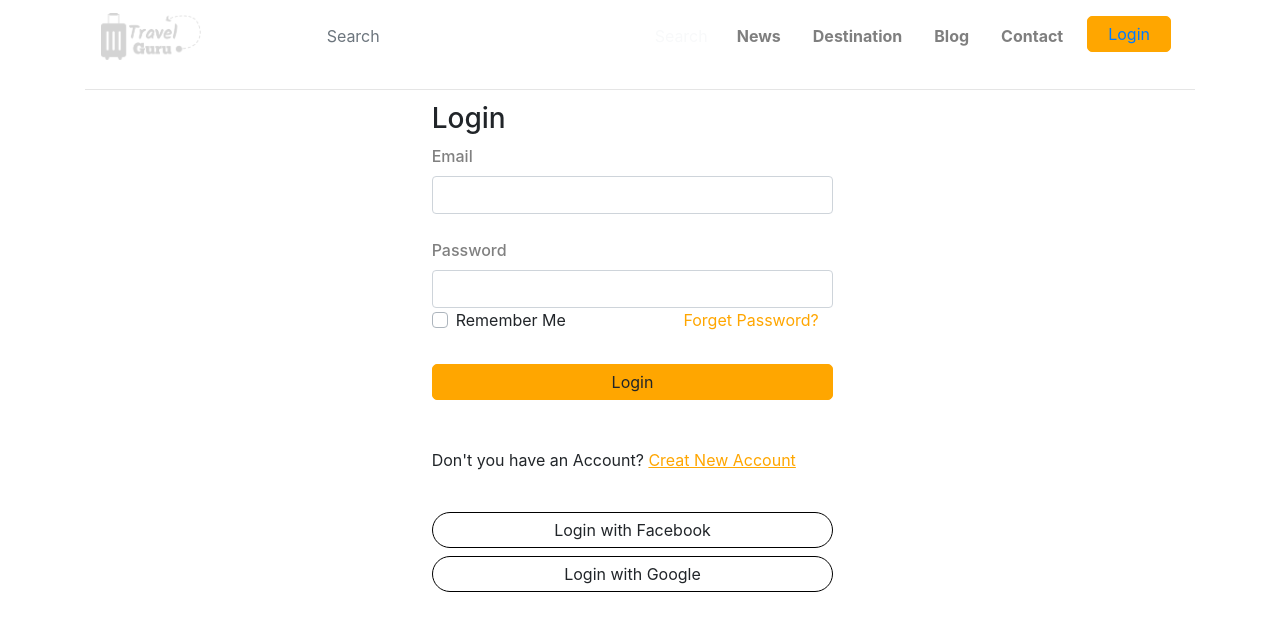
Repository: YunProgrammer/travel-website-project-tho
Page: /login (app in client/)
These files come from the project's save history. The page is drawn as it stood at one moment and after the next save; the edit follows.
The browser window is 1280 px wide. The pictures show the whole page.
The project was rebuilt for these pictures with package versions that can differ from the ones it lists, and the page was loaded fresh each time. A package was used in the major version that the imports need, not the one package.json lists. Also part of the build but not shown: client/src/App.css, client/src/Components/HomePage/data.js, client/src/Components/HomePage/HomePage.js, client/src/Components/BookingPage/BookingPage.js, client/src/Components/PrivateRoute/PrivateRoute.js, client/src/Components/SearchPage/searchData.js, client/src/Components/SearchPage/SearchShower.js, client/src/Components/SearchPage/SearchPage.js and 2 more.

Above is the page before, as saved 2020-09-19 21:50:50.

### client/src/index.js
// import React from 'react';
// import ReactDOM from 'react-dom';
// import './index.css';
// import App from './App';
// import * as serviceWorker from './serviceWorker';
// import './index.css';
// import { BrowserRouter } from 'react-router-dom';
// ReactDOM.render(
//   <React.StrictMode>
//     <BrowserRouter>
//     <App />
//     </BrowserRouter>
//   </React.StrictMode>,
//   document.getElementById('root')
// );

// If you want your app to work offline and load faster, you can change
// unregister() to register() below. Note this comes with some pitfalls.
// Learn more about service workers: https://bit.ly/CRA-PWA
// serviceWorker.unregister();
import React from 'react';
import ReactDOM from 'react-dom/client';
import './index.css';
import App from './App';
import { BrowserRouter } from 'react-router-dom';
import { AuthProvider } from './Components/authProvider';
const root = ReactDOM.createRoot(document.getElementById('root'));
root.render(
  <React.StrictMode>
    <BrowserRouter>
    <AuthProvider>
        <App />
    </AuthProvider>
    </BrowserRouter>

  </React.StrictMode>
);

### client/src/index.css
@import url('https://fonts.googleapis.com/css2?family=Open+Sans:wght@400;500;600;700&display=swap');


body {
  margin: 0;
  font-family: -apple-system, BlinkMacSystemFont, 'Segoe UI', 'Roboto', 'Oxygen',
    'Ubuntu', 'Cantarell', 'Fira Sans', 'Droid Sans', 'Helvetica Neue',
    sans-serif;
  -webkit-font-smoothing: antialiased;
  -moz-osx-font-smoothing: grayscale;
}

code {
  font-family: source-code-pro, Menlo, Monaco, Consolas, 'Courier New',
    monospace;
}
@tailwind base;
@tailwind components;
@tailwind utilities;

### client/src/App.js
import React from 'react';
import { createContext, useState } from 'react';
import './App.css';
import {
  BrowserRouter as Router,
  Switch,
  Route
} from "react-router-dom";
import HomePage from './Components/HomePage/HomePage';
import BookingPage from './Components/BookingPage/BookingPage';
import NavBar from './Components/NavBar/NavBar';
import LogInPage from './Components/LogInPage/LogInPage';
import PrivateRoute from './Components/PrivateRoute/PrivateRoute';
import SearchPage from './Components/SearchPage/SearchPage';
import NotFoundPage from './Components/NotFoundPage/NotFoundPage';

export const userStatusContext = createContext();

function App() {
  const[userStatus, setUserStatus] = useState({
    isNewUser: false,
    pageName: "",
  });

  return (
    <userStatusContext.Provider value={[userStatus, setUserStatus]}>
    <Router>
      <NavBar />
      <Switch>
        <Route exact path="/" component={HomePage} />
        <Route exact path="/booking/:category" component={BookingPage} />
        <Route exact path="/login" component={LogInPage} />
        <PrivateRoute exact path="/searches">
          <SearchPage />
        </PrivateRoute>
        <Route exact path="*" component={NotFoundPage}/>
      </Switch>
    </Router>
    </userStatusContext.Provider>
  );
}

export default App;

### client/src/Components/authProvider/index.js
import { createContext, useState } from "react";

const AuthContext = createContext({});

export const AuthProvider = ({ children }) => {
    const [auth, setAuth] = useState({});

    return (
        <AuthContext.Provider value={{ auth, setAuth }}>
            {children}
        </AuthContext.Provider>
    )
}

export default AuthContext;

### client/src/Components/NavBar/NavBar.js
import React, { useContext } from 'react';
import logo from '../../images/Logo.png';
import { Link } from "react-router-dom";
import * as firebase from "firebase/app";
import { Form, FormControl, Nav, Navbar, Container, Button} from 'react-bootstrap';
import { userStatusContext } from '../../App';


const NavBar = () => {
    const[userStatus, setUserStatus] = useContext(userStatusContext);

    //signOut operation starts from here
    const signOut = () => {
        firebase
        .auth()
        .signOut()
        .then(function() {
            // Sign-out successful.
        })
        .catch(function(error) {
        // An error happened.
        });

        //deleting authorized property
        const updateUserStatus = {...userStatus};
        delete updateUserStatus.authorized;
        setUserStatus(updateUserStatus);
    }
    //signOut operation ends from here.....

    let classNameDecision;
    const classNameDecisionFunction = () =>{

        if (userStatus.pageName === "HomePage" || userStatus.pageName === "BookingPage") {
            classNameDecision = "blackVersion";
        }
        else{
            classNameDecision = "whiteVersion";
        }

        return classNameDecision;
    }

    window.onload = classNameDecisionFunction;

    const NavLinksClassVersion = "ml-sm-2 ml-3 mr-sm-2 mr-3 font-weight-bold navLinks";
    console.log("NabVersion: ", classNameDecision);
    return (
        <div>
            <Container className="fixed-top">
            <Navbar className={classNameDecision}>
            <Navbar.Brand><Link to="/"><img src={logo} alt="" className="logo"/></Link></Navbar.Brand>
            <Navbar.Toggle aria-controls="basic-navbar-nav" />
            <Navbar.Collapse id="basic-navbar-nav">
                <Form inline className="ml-sm-2 ml-md-auto">
                <FormControl type="text" placeholder="Search" className="mr-sm-2 border border-white rounded-pill mySearchStyle"/>
                <Button variant="outline-light" className="border border-white rounded-pill">Search</Button>
                </Form>
                <Nav>
                <Nav.Link href="#" className={NavLinksClassVersion}>News</Nav.Link>
                <Nav.Link href="#" className={NavLinksClassVersion}>Destination</Nav.Link>
                <Nav.Link href="#" className={NavLinksClassVersion}>Blog</Nav.Link>
                <Nav.Link href="#" className={NavLinksClassVersion}>Contact</Nav.Link>
                {
                    userStatus.authorized
                    ?   <button className="ml-sm-2 ml-3 mr-sm-2 mr-3 myBtn" onClick={signOut}>Logout</button>
                    :   <Link to="/login"><button className="ml-sm-2 ml-3 mr-sm-2 mr-3 myBtn">Login</button></Link>
                }
                </Nav>
            </Navbar.Collapse>
            </Navbar>
            <hr/>
            </Container>
        </div>
    );
};

export default NavBar;

### client/src/Components/LogInPage/LogInPage.js
import React, { useContext, useState } from 'react';
import '../HomePage/HomePage.css';
import { Link, useHistory, useLocation } from "react-router-dom";
import { Form, Row, Col, Alert } from 'react-bootstrap';
import * as firebase from "firebase/app";
import "firebase/auth";
import firebaseConfig from '../../firebase.config';
import { userStatusContext } from '../../App';


//styling portion is here
const LogInPageStyle = {
    LogInPageStyle:{
        paddingTop: '8%',
        paddingBottom: '2%',
    },
    inputText:{
        color: 'grey',
        fontWeight: '500',
    },
    optionalBtn:{
        width: '100%',
        border:'1px solid black',
        borderRadius: '25px',
        padding: '5px 0px',
    },
    link:{
        color: 'rgb(255, 166, 0)',
        cursor: 'pointer',
        textDecoration: 'underline',
    }

}
//Styling portion ends here


//firebase initialization
firebase.initializeApp(firebaseConfig);


const LogInPage = () => {

    const[userStatus, setUserStatus] = useContext(userStatusContext); //Calling Context api
    console.log(userStatus);
    const[authCondition, setAuthCondition] = useState({});

    //things for private routing
    const history = useHistory();
    const location = useLocation();
    const { from } = location.state || { from: { pathname: "/" } };
    //things for private routing ends here.....
    // & the rest thing is below.....

    const updatingAuthCondition = (boolean, message) =>{
        const authStatus = {
            authSuccess: boolean,
            authMessage: message,
        }
        setAuthCondition(authStatus);
    }

    //showing alert if password didn't match while creating a new account
    const [show, setShow] = useState(false);
    const myAlert =
        <Alert variant="danger" onClose={() => setShow(false)} dismissible>
        <Alert.Heading>Your Password didn't match</Alert.Heading>
        <p>Make sure that you type the same password in the 'confirmPassword' box which you gave in the 'password' box. </p>
    </Alert>;
    //showing alert ends here.....

    //Google LogIn starts here
    const loginWithGoogle = () =>{
        const provider = new firebase.auth.GoogleAuthProvider(); //declaring Google Provider
        const updateUserStatus = {...userStatus};
        firebase
        .auth()
        .signInWithPopup(provider)
        .then(function(result) {
            var user = result.user;
            //updating userStatus
            updateUserStatus.email= user.email;
            updateUserStatus.authorized= user.email;
            updatingAuthCondition(true, "You've signed in successfully");
            history.replace(from);
          })
        .catch(function(error) {
            var errorMessage = error.message;
            updatingAuthCondition(false, errorMessage);
        });
        setUserStatus(updateUserStatus);
    }
    //Google LogIn ends here.....


    //Facebook LogIn starts here
    const loginWithFacebook = () =>{
        const fbProvider = new firebase.auth.FacebookAuthProvider(); //declaring Facebook Provider
        const updateUserStatus = {...userStatus};
        firebase
        .auth()
        .signInWithPopup(fbProvider)
        .then(function(result) {
            const user = result.user;
            //updating userStatus
            updateUserStatus.email= user.email;
            updateUserStatus.authorized= user.displayName;
            updatingAuthCondition(true, "You've signed in successfully");
            history.replace(from);
        })
        .catch(function(error) {
            const errorMessage = error.message;
            updatingAuthCondition(false, errorMessage);
        });
        setUserStatus(updateUserStatus);
    }
    //Facebook LogIn ends here.....


    //"Declaring SignUp or SignIn option" starts here
    const signInOrSignUpDeclaration = (operationName) => {
        const updateUserStatus = {...userStatus};
        if (operationName === 'signIn') {
            updateUserStatus.isNewUser= false;
        }
        else if (operationName === 'signUp') {
            updateUserStatus.isNewUser= true;
        }
        setUserStatus(updateUserStatus);
    }
    //"Declaring SignUp or SignIn option" ends here.....


    //taking Inputs from inputFields and updating contextApi
    const takingFieldDataAndUpdatingContextAPI = e =>{
        const name = e.target.name;
        const value = e.target.value;
        let isInputFieldValid = true;

        //password and email validation
        if(name === 'email'){
            isInputFieldValid = /\S+@\S+\.\S+/.test(value);
            if (isInputFieldValid === true) {
                updatingAuthCondition(true, "  ");
            }else{
                updatingAuthCondition(false, "Invalid email");
            }
        }
        if(name === 'password'){
            isInputFieldValid = /^(?=.*\d)(?=.*[a-z])(?=.*[A-Z])[0-9a-zA-Z]{6,}$/.test(value);
            //checking at least 6 characters(one number, one uppercase & one lowercase)
            console.log(isInputFieldValid);
            if (isInputFieldValid === true) {
                updatingAuthCondition(true, "  ");
            }else{
                updatingAuthCondition(false, "Invalid password");
            }
        }
        if(name === 'confirmPassword'){
            if (userStatus.confirmPassword === userStatus.password) {
                setShow(false);
            }else{
                setShow(true);
            }
        }
        if (isInputFieldValid) {
            const userInfo = {...userStatus};
            userInfo[name] = value;
            setUserStatus(userInfo);
        }
    }
    //taking Inputs from inputFields and updating contextApi ends here.....


    //Sign in or Sign up Option starts from here
    const signUpOrSignInOperation = e => {

        // SigningIn of an already existing user
        if (userStatus.isNewUser === false ) {
            firebase
            .auth()
            .signInWithEmailAndPassword(userStatus.email, userStatus.password)
            .then( res =>{
                updatingAuthCondition(true, "You've signed in successfully");
                const updateUserStatus = {...userStatus};
                updateUserStatus.authorized= res.user.email;
                setUserStatus(updateUserStatus);
                history.replace(from);
            })
            .catch(function(error) {
                const errorMessage = error.message;
                updatingAuthCondition(false, errorMessage)
            });
        }

        //Creating a new User Account
        if (userStatus.isNewUser === true) {

            updatingAuthCondition(false, '');

            if (userStatus.confirmPassword === userStatus.password) {
                setShow(false);
                firebase
                .auth()
                .createUserWithEmailAndPassword(userStatus.email, userStatus.password)
                .then(res => {
                    const updateUserStatus = {...userStatus};
                    updateUserStatus.isNewUser= false;
                    updateUserStatus.authorized= res.user.email;
                    // console.log("account created");
                    setUserStatus(updateUserStatus);
                    history.replace(from);
                })
                .catch(function(error) {
                    const errorMessage = error.message;
                    console.log(errorMessage);
                });
            }
            else{ setShow(true) }
        }

        e.preventDefault();
    }
    //Sign in or Sign up Option ends from here



    return (

        <div style={LogInPageStyle.LogInPageStyle}>
            <Row style={{marginRight:"0px"}}>
            <Col md={4}></Col>

            <Col sm={12} md={4}>

                { show && myAlert }
                {authCondition.authSuccess ===true && <p style={{color: 'green'}}>{authCondition.authMessage}</p> }
                {authCondition.authSuccess ===false && <p style={{color: 'red'}}>{authCondition.authMessage}</p> }

                {   /**Showing Conditionally 'Title'*/
                    userStatus.isNewUser
                    ?<h3>Creat New Account</h3>
                    :<h3>Login</h3>
                    /**Showing Conditionally ends here*/
                }

                <Form>
                <Form.Group >

                    {   /**Showing Conditionally 'Name Fields'*/
                        userStatus.isNewUser && <div>
                            <Form.Label style={LogInPageStyle.inputText}>First Name</Form.Label>
                            <Form.Control type="text" name="fName" onBlur={takingFieldDataAndUpdatingContextAPI} />
                            <br/>
                            <Form.Label style={LogInPageStyle.inputText}>Last Name</Form.Label>
                            <Form.Control type="text" name="lName" onBlur={takingFieldDataAndUpdatingContextAPI} />
                            <br/>
                        </div>
                        /**Showing Conditionally ends here*/
                    }
                    <Form.Label style={LogInPageStyle.inputText}>Email{userStatus.isNewUser && <span style={{color:'red'}}>*</span>}</Form.Label>
                    <Form.Control type="email" name="email" onBlur={takingFieldDataAndUpdatingContextAPI} required />
                    <br/>

                    <Form.Label style={LogInPageStyle.inputText}>Password{userStatus.isNewUser && <span style={{color:'red'}}>*</span>}</Form.Label>
                    <Form.Control type="password" name="password" onBlur={takingFieldDataAndUpdatingContextAPI} required />

                    {userStatus.isNewUser && <p><small>Password must have 6 characters<i>(1 number, 1 uppercase and 1 lowercase)</i></small></p> }

                    {   /**Showing Conditionally 'confirm password' filed*/
                        userStatus.isNewUser && <div>
                            <Form.Label style={LogInPageStyle.inputText}>Confirm Password<span style={{color:'red'}}>*</span></Form.Label>
                            <Form.Control type="password" name="confirmPassword" onBlur={takingFieldDataAndUpdatingContextAPI} required />
                        </div>
                        /**Showing Conditionally ends here*/
                    }
                    <Row>
                        <Col sm={7}>
                            <Form.Check
                            type="checkbox"
                            id="customControlAutosizing"
                            label="Remember Me"
                            custom
                            />
                        </Col>
                        <Col sm={5}>
                            <Link style={{color: 'rgb(255, 166, 0)'}}><p>Forget Password?</p></Link>
                        </Col>
                    </Row>
                </Form.Group>
                    <button className="myBtn" style={{width: '100%'}} onClick={signUpOrSignInOperation}>
                        {   /**Showing Conditionally 'Button Name'*/
                            userStatus.isNewUser
                            ?'Creat New account'
                            :'Login'
                            /**Showing Conditionally ends here*/
                        }
                    </button>
                </Form>
                    <br/>
                    <br/>
                {
                    userStatus.isNewUser
                    ?<p>Already have an Account? <span style={LogInPageStyle.link} onClick={()=>signInOrSignUpDeclaration('signIn')}>Login</span></p>
                    :<p>Don't you have an Account? <span style={LogInPageStyle.link} onClick={()=>signInOrSignUpDeclaration('signUp')}>Creat New Account</span></p>
                }

                <br/>

                <button style={LogInPageStyle.optionalBtn} onClick={loginWithFacebook} className="mb-2">
                    Login with Facebook
                </button>
                <br/>

                <button style={LogInPageStyle.optionalBtn} onClick={loginWithGoogle}>
                    Login with Google
                </button>

            </Col>
            <Col md={4}></Col>
            </Row>
        </div>
    );
};

export default LogInPage;

### client/src/Components/HomePage/HomePage.css
@import url('https://fonts.googleapis.com/css2?family=Montserrat:ital,wght@0,500;0,700;1,300;1,600&display=swap');
.homePage{
    background: url(../../images/Image/Rectangle\ 1.png);
    box-shadow: inset 0 0 0 1000px rgba(0, 0, 0, 0.644);
    padding-top: 5%;
    padding-bottom: 5.5%;
    background-size: 100%;
    height: 100vh;
}
.homeMainPortion h1, .homeMainPortion p{
    color: white;
    font-family: 'Montserrat', sans-serif;
}
.SelectedPlace{
    padding-left: 30px;
    padding-top: 20px;
}
.SelectedPlace h1{
    text-transform: uppercase;
    font-size: 50px;
    font-weight: 800;
}
.headerImg{
    display: flex;
    justify-content: space-between;
}
.selectedItem{
    border: 4px solid orange;
}
.headerImg  img{
    width: 90%;
    background: linear-gradient(0.12deg, #000000 0.1%, rgba(0, 0, 0, 0) 69.96%);
    border-radius: 20px;
}
.headerImg  img:hover{
    box-sizing: border-box;
    border: 4px solid orange;
    overflow: hidden;
}
.logo{
    width: 100px;
    color: white;
    margin: 0px;
    filter: invert(100%);
}

.mySearchStyle{
    background-color: rgba(255, 255, 255, 0.239) !important;
    width: 20rem !important;
}

.myBtn{
    background-color: rgb(255, 166, 0);
    border: 1px solid rgb(255, 166, 0);
    border-radius: 5px;
    padding: 5px 20px;
    transition: all 600ms;
}
.myBtn:hover{
    background-color:rgb(255, 115, 0);
}
.homeMainPortion{
    padding: 50px 0px;
    padding-top: 5rem;
    margin: 0px;
}
.toggleBtn{
    font-size: 30px;
    width: 55px;
    height: 55px;
    border: 1px solid white;
    border-radius: 50%;
}
.toggleBtn:hover{
    background-color: orange;
}
.toggleBtn:nth-child(2){
    margin-left: 20px;
}
.controls{
    position: absolute;
    left: 50%;
    transform: translateX(-50%);
}

### client/src/firebase.config.js
const firebaseConfig = {
    apiKey: "AIzaSyA6GPOLMEMaNXbgFD-BDFOklLORKaBoGVE",
    authDomain: "travel-guru-aa.firebaseapp.com",
    databaseURL: "https://travel-guru-aa.firebaseio.com",
    projectId: "travel-guru-aa",
    storageBucket: "travel-guru-aa.appspot.com",
    messagingSenderId: "246451434793",
    appId: "1:246451434793:web:869d4ef5ee22dc2ddb7338"
  };
export default firebaseConfig;

Loaded but not shown: client/public/index.html (common file); client/tailwind.config.js (common file)

After the next save:
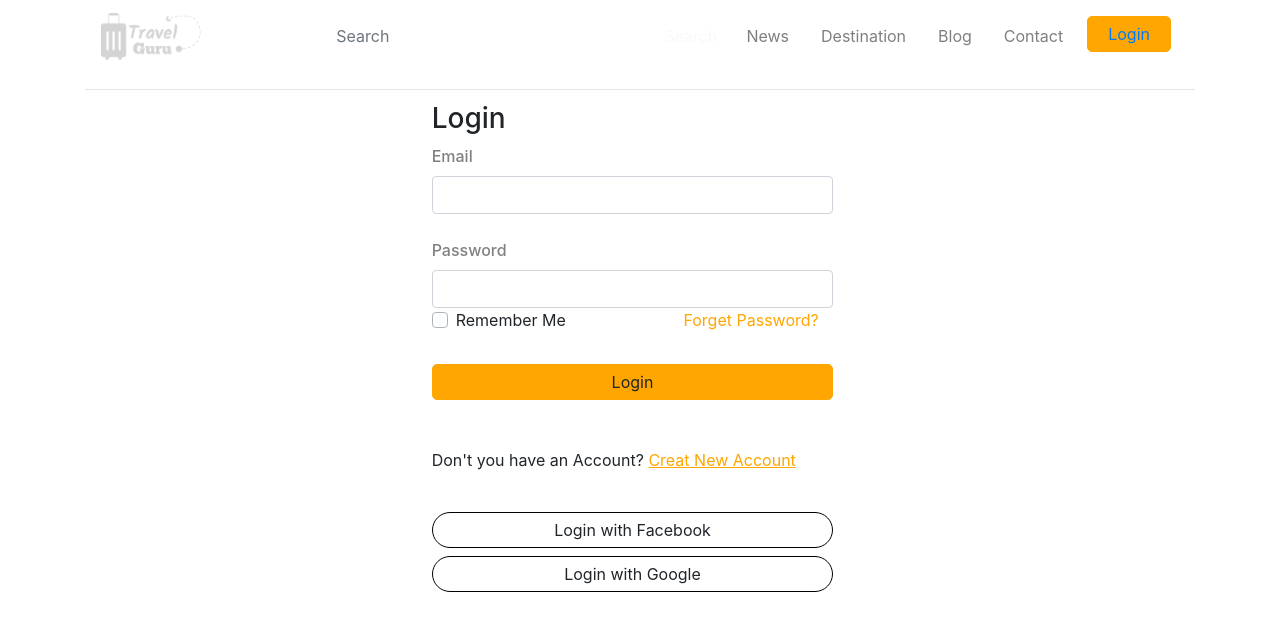
Saved 2 min 41 s later.
--- a/client/src/Components/NavBar/NavBar.js
+++ b/client/src/Components/NavBar/NavBar.js
@@ -1,10 +1,10 @@
 import React, { useContext } from 'react';
 import logo from '../../images/Logo.png';
+import '../HomePage/HomePage.css';
 import { Link } from "react-router-dom";
 import * as firebase from "firebase/app";
 import { Form, FormControl, Nav, Navbar, Container, Button} from 'react-bootstrap';
 import { userStatusContext } from '../../App';
-
 
 const NavBar = () => {
     const[userStatus, setUserStatus] = useContext(userStatusContext);
@@ -28,27 +28,12 @@ const NavBar = () => {
     }
     //signOut operation ends from here.....
 
-    let classNameDecision;
-    const classNameDecisionFunction = () =>{
+    const NavLinksClassVersion = "ml-sm-2 ml-3 mr-sm-2 mr-3 navLinks";
 
-        if (userStatus.pageName === "HomePage" || userStatus.pageName === "BookingPage") {
-            classNameDecision = "blackVersion";
-        }
-        else{
-            classNameDecision = "whiteVersion";
-        }
-
-        return classNameDecision;
-    }
-
-    window.onload = classNameDecisionFunction;
-
-    const NavLinksClassVersion = "ml-sm-2 ml-3 mr-sm-2 mr-3 font-weight-bold navLinks";
-    console.log("NabVersion: ", classNameDecision);
     return (
         <div>
             <Container className="fixed-top">
-            <Navbar className={classNameDecision}>
+            <Navbar className="myNavStyle">
             <Navbar.Brand><Link to="/"><img src={logo} alt="" className="logo"/></Link></Navbar.Brand>
             <Navbar.Toggle aria-controls="basic-navbar-nav" />
             <Navbar.Collapse id="basic-navbar-nav">
